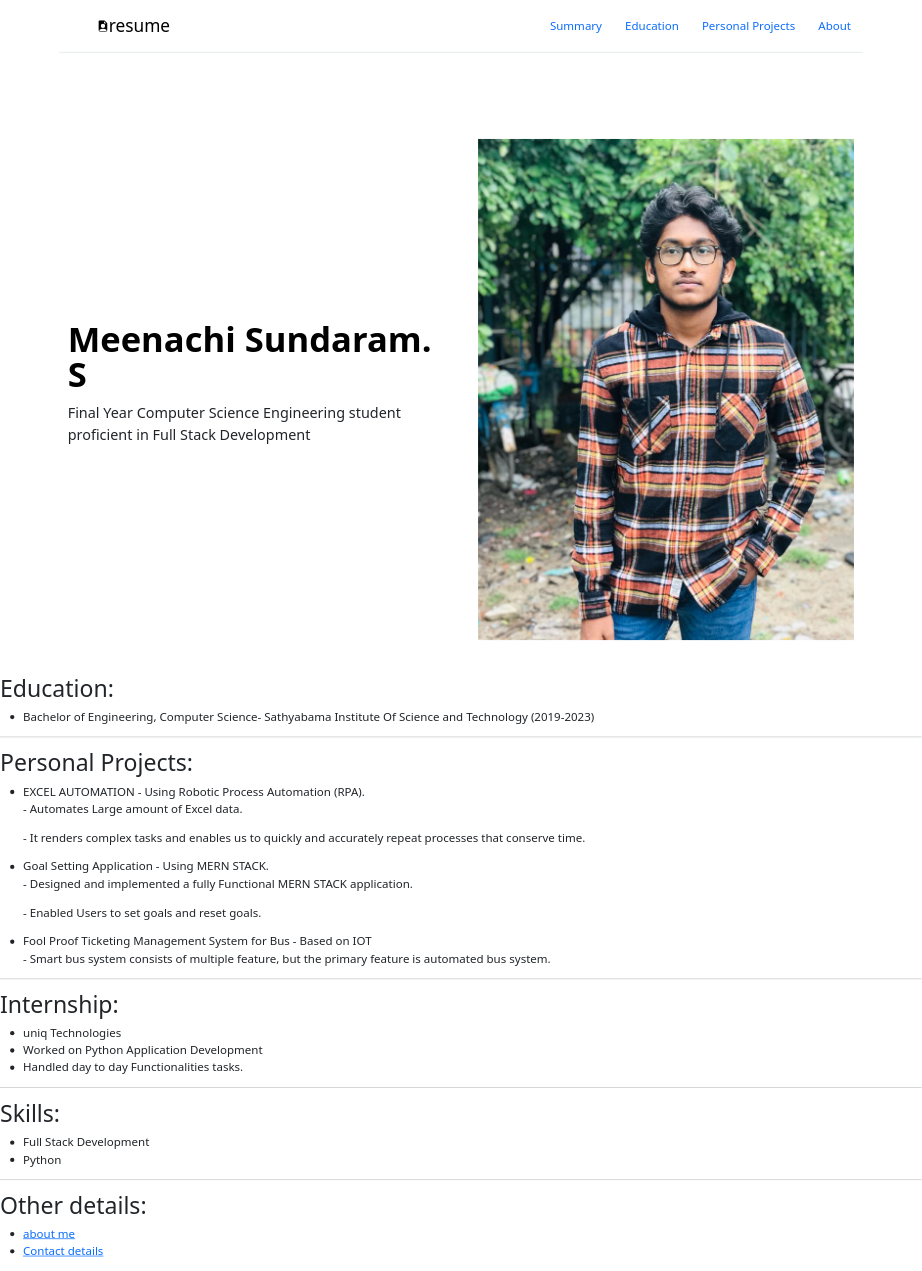
Repository: MeenachiSUNDARAM7/web-dev-projects
Page: resume page/index.html
The author's editor kept a copy of each file at every save. The page is drawn from the files as they stood at one save, then again after the next save.
The browser window is 1280 px wide. The pictures show the whole page, at 72% of full size.

Above is the page before, as saved 2023-07-18 21:07:29.

After the next save:
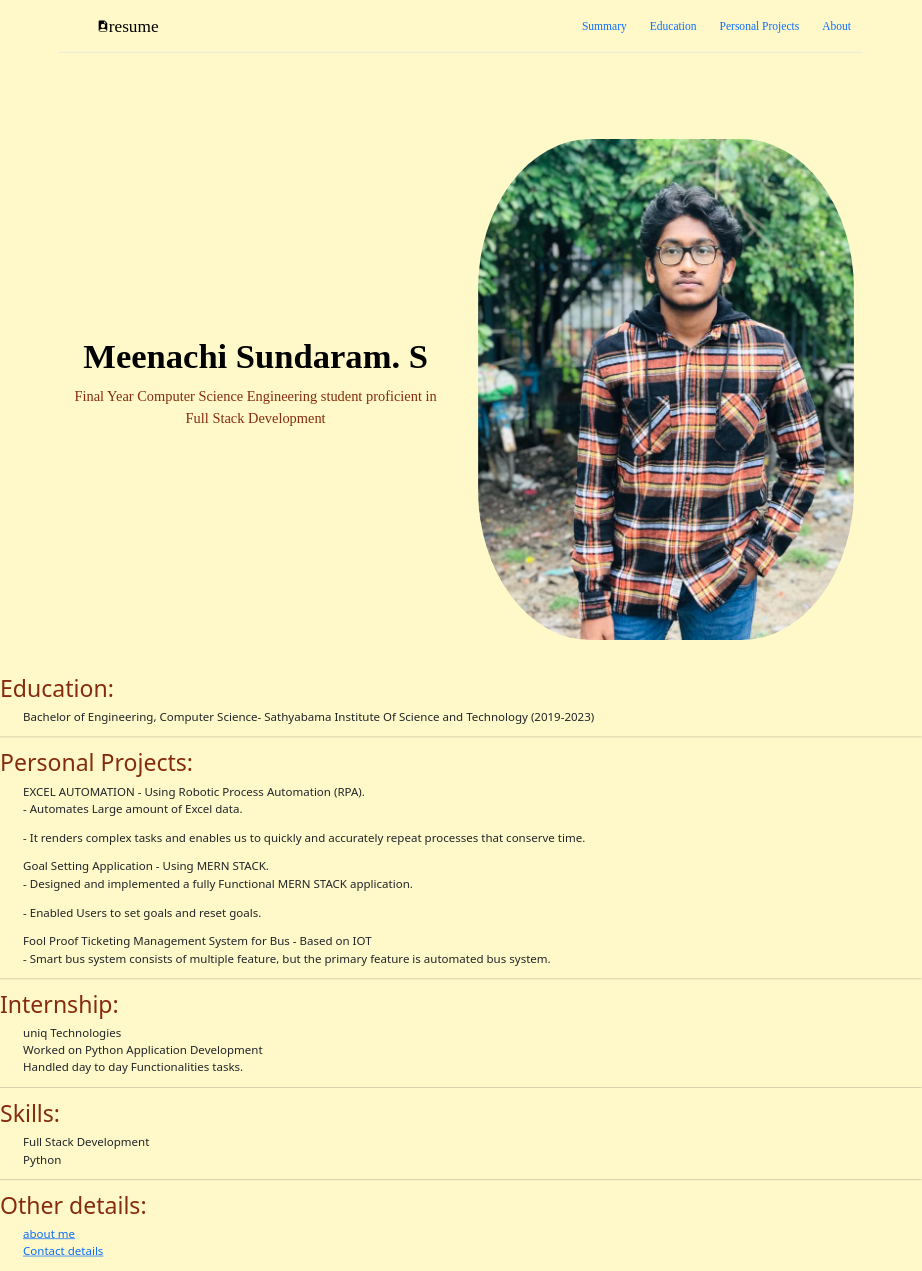
Saved 2 h 59 min later.
--- a/resume page/style.css
+++ b/resume page/style.css
@@ -1,17 +1,30 @@
-.gradient-background {
-	background: linear-gradient(-45deg, #ee7752);
-	background-size: 400% 400%;
-	animation: gradient 15s ease infinite;
+body {
+    background-color: rgb(255, 249, 201);
 }
 
-@keyframes gradient {
-	0% {
-		background-position: 0% 50%;
-	}
-	50% {
-		background-position: 100% 50%;
-	}
-	100% {
-		background-position: 0% 50%;
-	}
+.my-5 {
+    text-align: center;
 }
+
+.container {
+    text-align: center;
+    color: rgb(134, 43, 13);
+    font-family: serif
+}
+
+
+#Education {
+    list-style: none;
+}
+
+img {
+    border-radius: 30%;
+}
+
+ul {
+    list-style-type: none;
+}
+
+h2 {
+    color: rgb(134, 43, 13);;
+}
